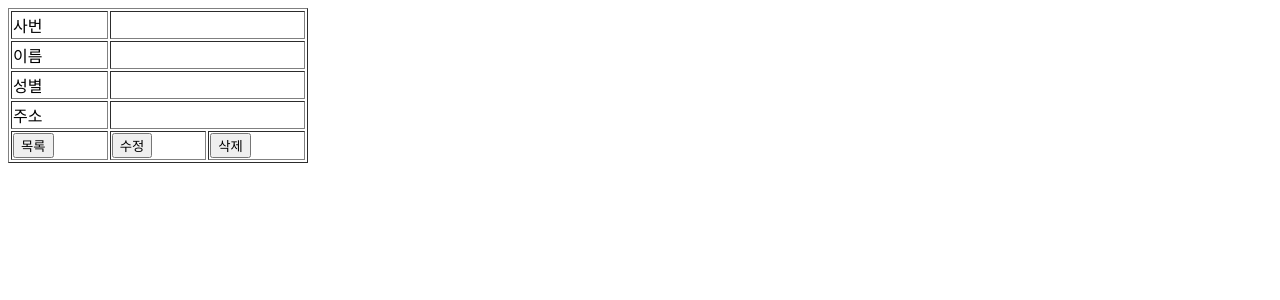
Repository: GeonyoungPark/pythonBasic
Page: http://localhost/HELLO_WEB/emp_detail
These files come from the project's save history. The page is drawn as it stood at one moment and after the next save; the edit follows.
The browser window is 1280 px wide. The pictures show the whole page.
The page is served by Tomcat 9. Queries for data that is not in the repository find no rows.

Above is the page before, as saved 2022-07-05 00:14:35.

After the next save:
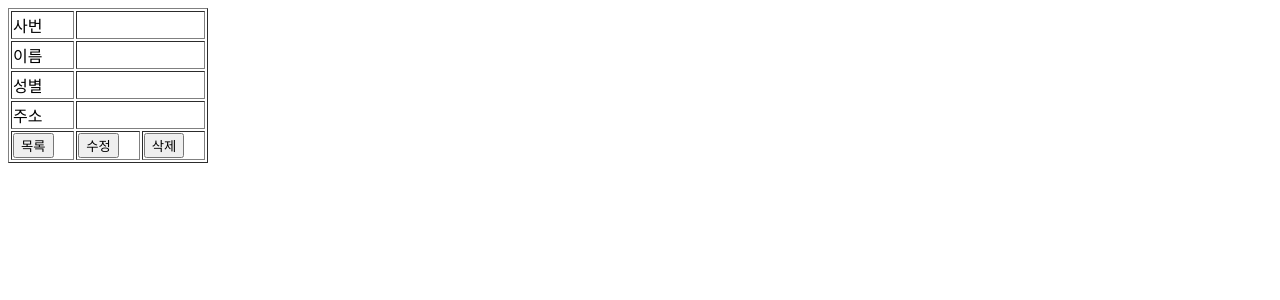
Saved 7 s later.
--- a/HELLO_WEB/src/main/webapp/emp_detail.jsp
+++ b/HELLO_WEB/src/main/webapp/emp_detail.jsp
@@ -15,7 +15,7 @@
 	<%
 	EmpVO vo = (EmpVO) request.getAttribute("emp");
 	%>
-	<table border="1px" style="width: 300px">
+	<table border="1px" style="width: 200px">
 		<tr>
 			<td>사번</td>
 			<td colspan="2"><%=vo.getE_id()%></td>
